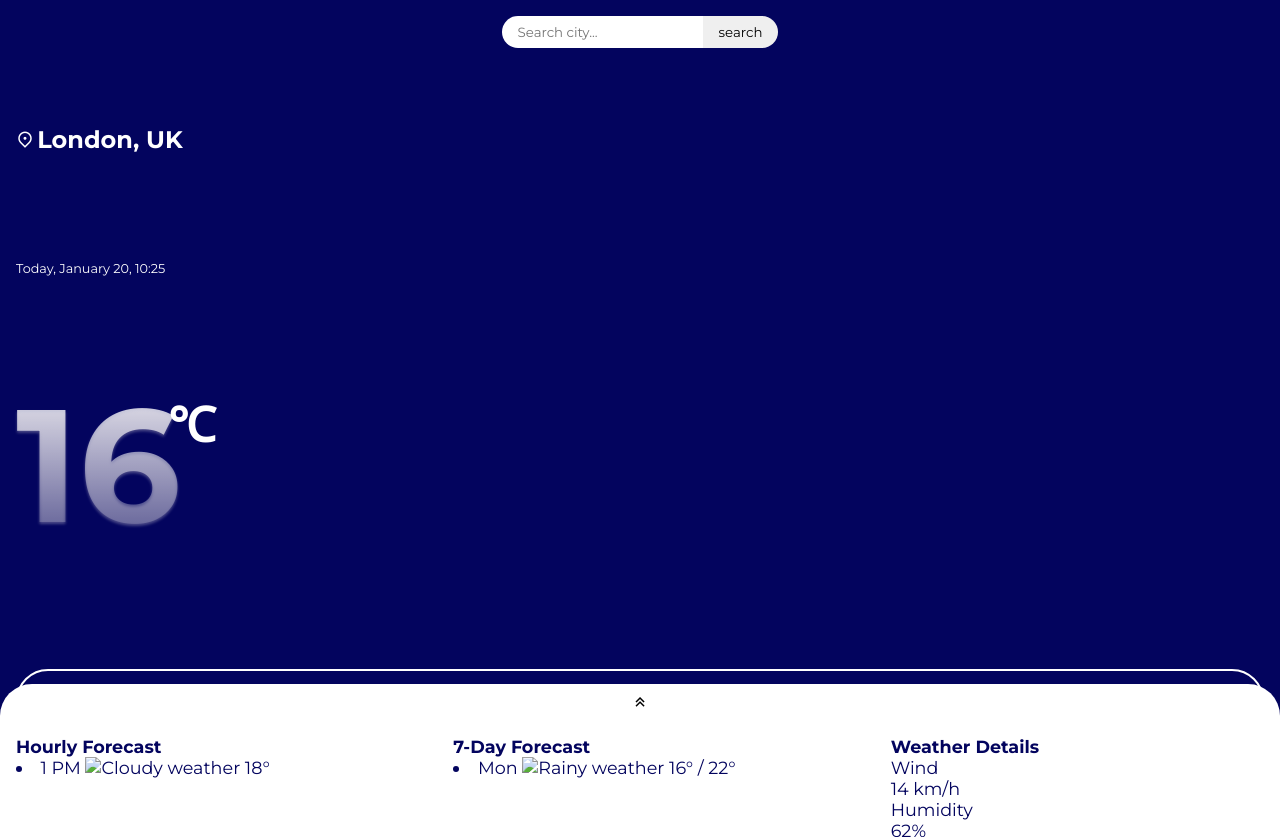
Repository: EguJaredoBoyd/Jared-Weather-App
Page: main.html
These files come from the project's save history. The page is drawn as it stood at one moment and after the next save; the edit follows.
The browser window is 1280 px wide. The pictures show the whole page.
Some icons come from a web library that is not loaded, so they are not drawn. Some web libraries are served in a nearby version.

Above is the page before, as saved 2026-01-30 20:27:41.

### main.html
<!doctype html>
<html lang="en">
  <head>
    <meta charset="UTF-8" />
    <meta name="viewport" content="width=device-width, initial-scale=1.0" />
    <link rel="preconnect" href="https://fonts.googleapis.com" />
    <link rel="preconnect" href="https://fonts.gstatic.com" crossorigin />
    <link
      href="https://fonts.googleapis.com/css2?family=Montserrat:ital,wght@0,100..900;1,100..900&display=swap"
      rel="stylesheet"
    />
    <link
      href="https://cdn.jsdelivr.net/npm/remixicon@4.8.0/fonts/remixicon.css"
      rel="stylesheet"
    />
    <link rel="stylesheet" href="./css/styles.css" />
    <script src="./js/main.js" defer></script>
    <title>Jared-Weather-App</title>
  </head>
  <body class="weather-app">
    <div class="weather-app__container">
      <header>
        <div class="search-place">
          <input
            type="text"
            placeholder="Search city..."
            aria-label="Search city"
          />
          <button>search</button>
        </div>
      </header>
      <main>
        <section class="current-weather">
          <div class="place-searched">
            <i class="ri-map-pin-2-line"></i>
            <h3 class="city-name">London, UK</h3>
          </div>
          <div class="date-today">
            <time datetime="2026-01-20T10:25">Today, January 20, 10:25</time>
          </div>
          <div class="place-temperature">
            <span class="place-temperature__measure"><h3>16</h3></span>
            <span class="place-temperature__degree"><h3>℃</h3></span>
          </div>
          <div class="place-forecast">
            <article class="forecast-item forecast-item--weather">
              <div>
                <span><i class="ri-drizzle-line"></i></span>
                <time datetime="23:00"> <h4>23:00</h4></time>
              </div>
              <p>Slight chance of rain</p>
            </article>
            <hr />

            <article class="forecast-item forecast-item--wind">
              <div>
                <span><i class="ri-arrow-right-up-long-line"></i></span>
                <h4>14 km/h</h4>
              </div>
              <p>Gentle breeze now</p>
            </article>
            <hr />

            <article class="forecast-item forecast-item--uv">
              <div>
                <span><i class="ri-sun-foggy-line"></i></span>
                <h4>UVI 2</h4>
              </div>
              <p>Low sunburn risk today</p>
            </article>
          </div>
        </section>
        <section class="swipe-section" aria-hidden="true" id="swipe-section">
          <!-- Slide for the hourly and daily forecast -->
          <button class="sheet-handle" id="sheet-handle" aria-expanded="false">
            <i class="ri-arrow-up-double-line" id="icon-handle"></i>
          </button>

          <div class="swipe-forecast">
            <!-- Hourly Forecast -->
            <article class="sheet-card hourly-forecast">
              <h4>Hourly Forecast</h4>

              <ul class="hourly-list">
                <li class="hour">
                  <time datetime="2026-01-27T13:00">1 PM</time>
                  <img src="" alt="Cloudy weather" />
                  <span class="temp">18°</span>
                </li>
              </ul>
            </article>

            <!-- 7-Day Forecast -->
            <article class="sheet-card daily-forecast">
              <h4>7-Day Forecast</h4>

              <ul class="daily-list">
                <li class="day">
                  <span class="day-name">Mon</span>
                  <img src="" alt="Rainy weather" />
                  <span class="temp-range">16° / 22°</span>
                </li>
              </ul>
            </article>

            <!-- Weather Metrics -->
            <article class="sheet-card weather-metrics">
              <h4>Weather Details</h4>

              <dl class="metrics-grid">
                <div class="metric">
                  <dt>Wind</dt>
                  <dd>14 km/h</dd>
                </div>

                <div class="metric">
                  <dt>Humidity</dt>
                  <dd>62%</dd>
                </div>

                <div class="metric">
                  <dt>Pressure</dt>
                  <dd>1013 hPa</dd>
                </div>
              </dl>
            </article>

            <!-- Sun Times -->
            <article class="sheet-card sun-times">
              <h4>Sun</h4>

              <dl class="sun-grid">
                <div>
                  <dt>Sunrise</dt>
                  <dd>
                    <time datetime="2026-01-27T06:34">6:34 AM</time>
                  </dd>
                </div>

                <div>
                  <dt>Sunset</dt>
                  <dd>
                    <time datetime="2026-01-27T18:52">6:52 PM</time>
                  </dd>
                </div>
              </dl>
            </article>
          </div>
        </section>
      </main>
      <footer>
        <div><p>&copy; 2026 Jared-Weather-App</p></div>
      </footer>
    </div>
  </body>
</html>

### css/styles.css
/* ==== CSS RESET ==== */
*,
*::before,
*::after {
  margin: 0;
  padding: 0;
  box-sizing: border-box;
  /* outline: 1px solid red; */
}

:root {
  --background-color: #03045e;
  --text-color: white;
  --font: "Montserrat", sans-serif;
}

html {
  font-size: 16px;
  height: 100%;
}

body {
  background-color: var(--background-color);
  color: var(--text-color);
  height: 100%;
  font-family: var(--font);
}

h1,
h2,
h3,
h4,
h5,
h6 {
  font-size: clamp(0.5rem, 3vw, 1.1rem);
}

p {
  font-size: clamp(0.5rem, 2.5vw, 1.1rem);
}

.weather-app__container {
  display: flex;
  flex-direction: column;
  min-height: 100dvh;
}

.search-place {
  display: flex;
  justify-content: center;
  padding: 1rem;
}

.search-place input {
  padding: 0.5rem 1rem;
  border: none;
  border-bottom-left-radius: 1rem;
  border-top-left-radius: 1rem;
  font-family: var(--font);
}

.search-place button {
  border: none;
  border-top-right-radius: 1rem;
  border-bottom-right-radius: 1rem;
  padding: 0.5rem 1rem;
  font-family: var(--font);
}

main {
  display: flex;
  flex-direction: column;
  padding: 1rem;
}

.current-weather {
  display: flex;
  flex-direction: column;
  row-gap: 1rem;
  justify-content: space-around;
  min-height: 100dvh;
}

.place-searched {
  display: flex;
  align-items: center;
  column-gap: 0.2rem;
  font-size: large;
}

.city-name {
  font-size: clamp(0.5rem, 6vw, 1.5rem);
}

.date-today {
  font-size: clamp(0.5rem, 3vw, 0.8rem);
}

.place-temperature {
  display: flex;
  align-items: center;
  position: relative;
  margin-top: -1rem;
}

.place-temperature__measure h3 {
  font-size: clamp(5rem, 38vw, 10rem);
  background: linear-gradient(to bottom, white, var(--background-color));
  -webkit-background-clip: text;
  background-clip: text;
  -webkit-text-fill-color: transparent;
  text-shadow: 0 2px 3px rgba(243, 235, 235, 0.3);
}

.place-temperature__degree h3 {
  font-size: clamp(1.5rem, 20vw, 3rem);
  position: absolute;
  top: 1.5rem;
  left: clamp(4rem, 40vw, 9.5rem);
}

.place-forecast {
  display: flex;
  justify-content: center;
  border: 2px solid white;
  border-radius: 2rem;
  padding: 1rem;
}

.forecast-item {
  padding-left: 1rem;
  width: 100%;
  max-width: 100%;
}

.forecast-item div {
  display: flex;
  column-gap: 0.2rem;
  margin-bottom: 0.5rem;
  font-size: clamp(0.5rem, 3vw, 1.1rem);
}

.forecast-item p {
  font-size: clamp(0.5rem, 2.5vw, 1.1rem);
  text-align: center;
}

/* Swipe section styles */

.swipe-section {
  position: fixed;
  min-height: 100dvh;
  top: 95%;
  right: 0;
  left: 0;
  transition: transform 2s ease;
  background-color: var(--text-color);
  color: var(--background-color);
  border-radius: 2rem;
  border-top: -2rem;
}

.swipe-section.is-open {
  transform: translateY(-80%);
}

.no-scroll {
  overflow: hidden;
}

.swipe-section button {
  margin: 0.5rem auto;
  display: flex;
  justify-self: center;
  background: none;
  border: none;
}

.swipe-section button i {
  font-size: clamp(0.5rem, 2.5vw, 1.1rem);
}

.swipe-forecast {
  display: grid;
  grid-template-columns: repeat(3, 1fr);
  gap: 2rem;
}

.sheet-card {
  font-size: clamp(0.5rem, 2.5vw, 1.1rem);
  padding: 1rem;
}

.sheet-card ul {
  list-style-position: inside;
}

footer div p {
  text-align: center;
}

### js/main.js
//Target all the buttons necessary
const swipeSection = document.getElementById("swipe-section");
const sheetHandle = document.getElementById("sheet-handle");
const iconHandle = document.getElementById("icon-handle");

//Create a function to handle swipe
function handleSwipe() {
  sheetHandle.addEventListener("click", () => {
    const isOpen = swipeSection.classList.toggle("is-open");

    //Add accessibilty and optimization
    swipeSection.setAttribute("aria-hidden", !isOpen);
    sheetHandle.setAttribute("aria-expanded", isOpen);

    //Statement to switch icons
    iconHandle.className = isOpen
      ? "ri-arrow-down-double-line"
      : "ri-arrow-up-double-line";

    //Add a class to handle the scroll
    document.body.classList.toggle("no-scroll");
  });
}

handleSwipe();

After the next save:
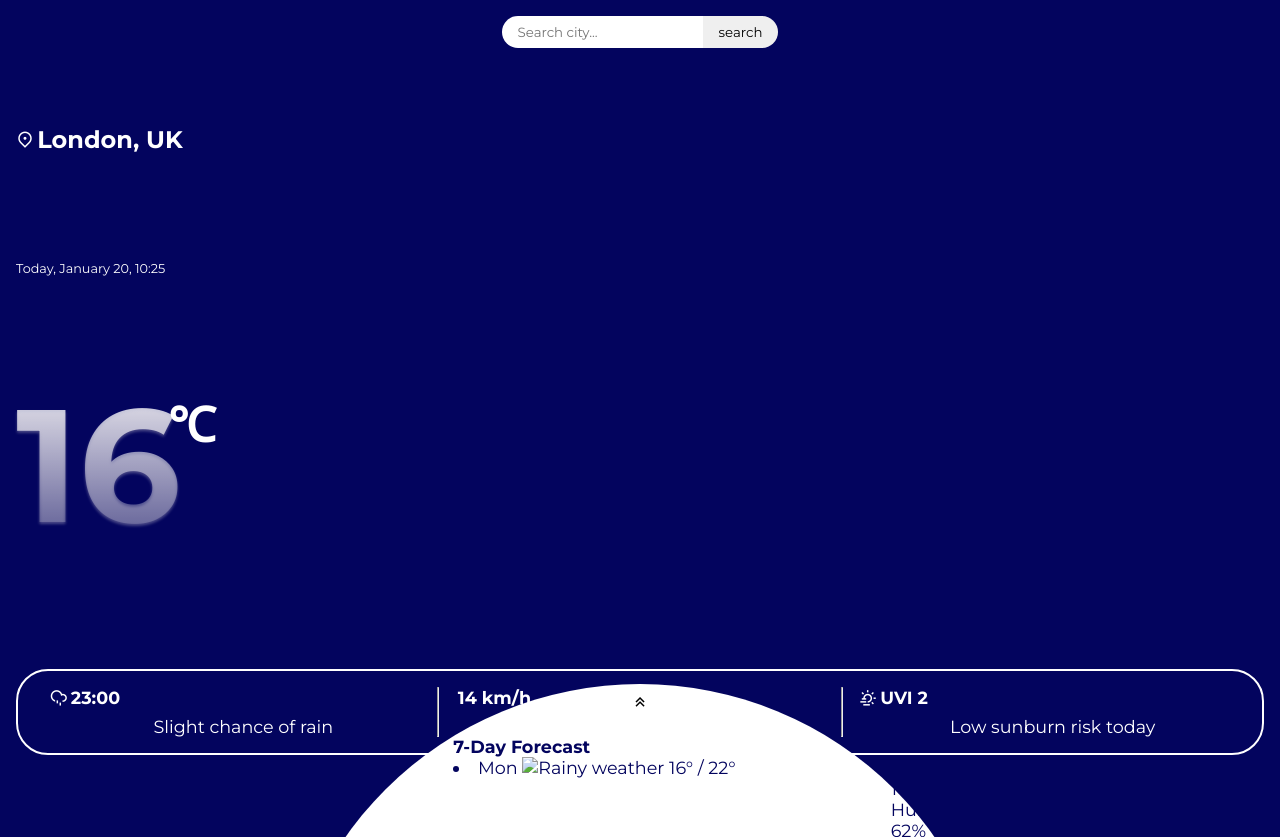
Saved 50 min 53 s later.
--- a/css/styles.css
+++ b/css/styles.css
@@ -157,7 +157,7 @@
   background-color: var(--text-color);
   color: var(--background-color);
   border-radius: 2rem;
-  border-top: -2rem;
+  clip-path: circle();
 }
 
 .swipe-section.is-open {

After the save that followed:
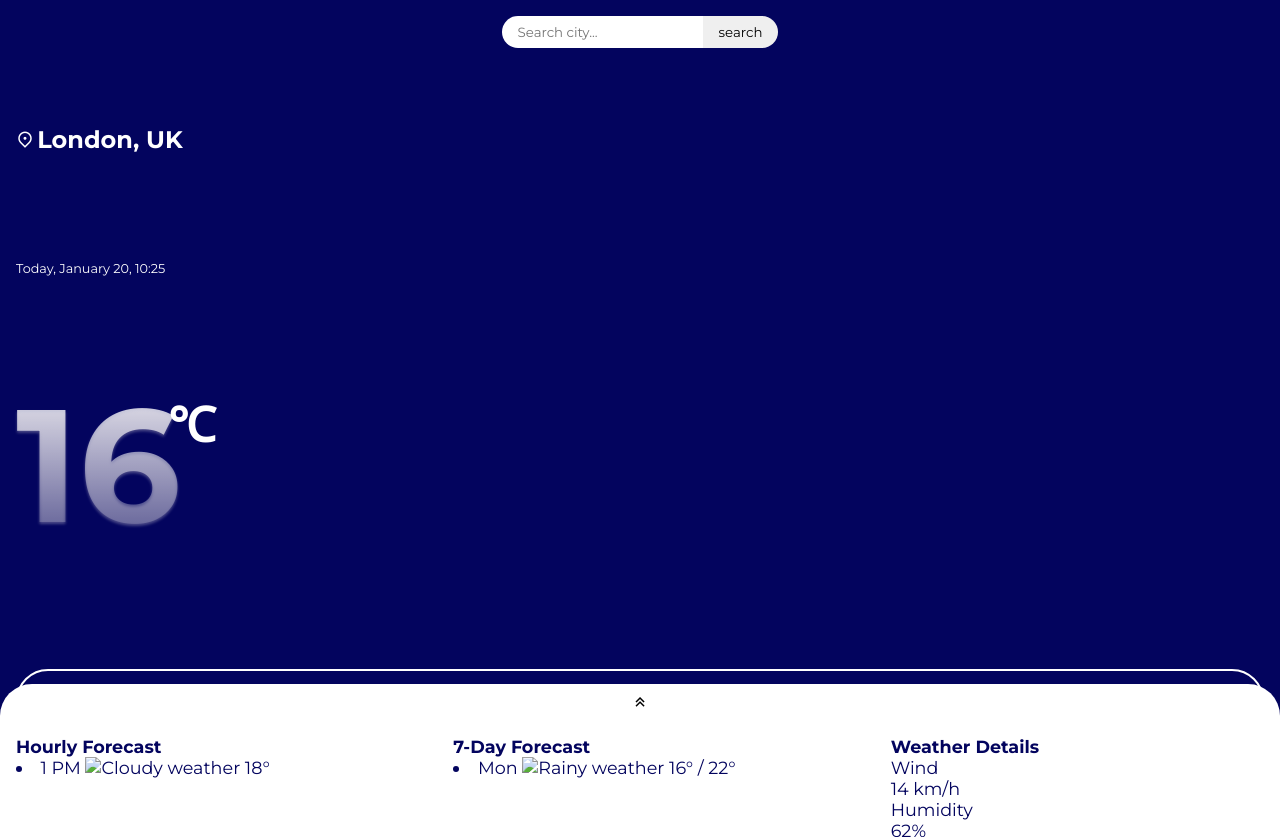
Saved 44 s later.
--- a/css/styles.css
+++ b/css/styles.css
@@ -157,7 +157,7 @@
   background-color: var(--text-color);
   color: var(--background-color);
   border-radius: 2rem;
-  clip-path: circle();
+  clip-path: inset();
 }
 
 .swipe-section.is-open {
